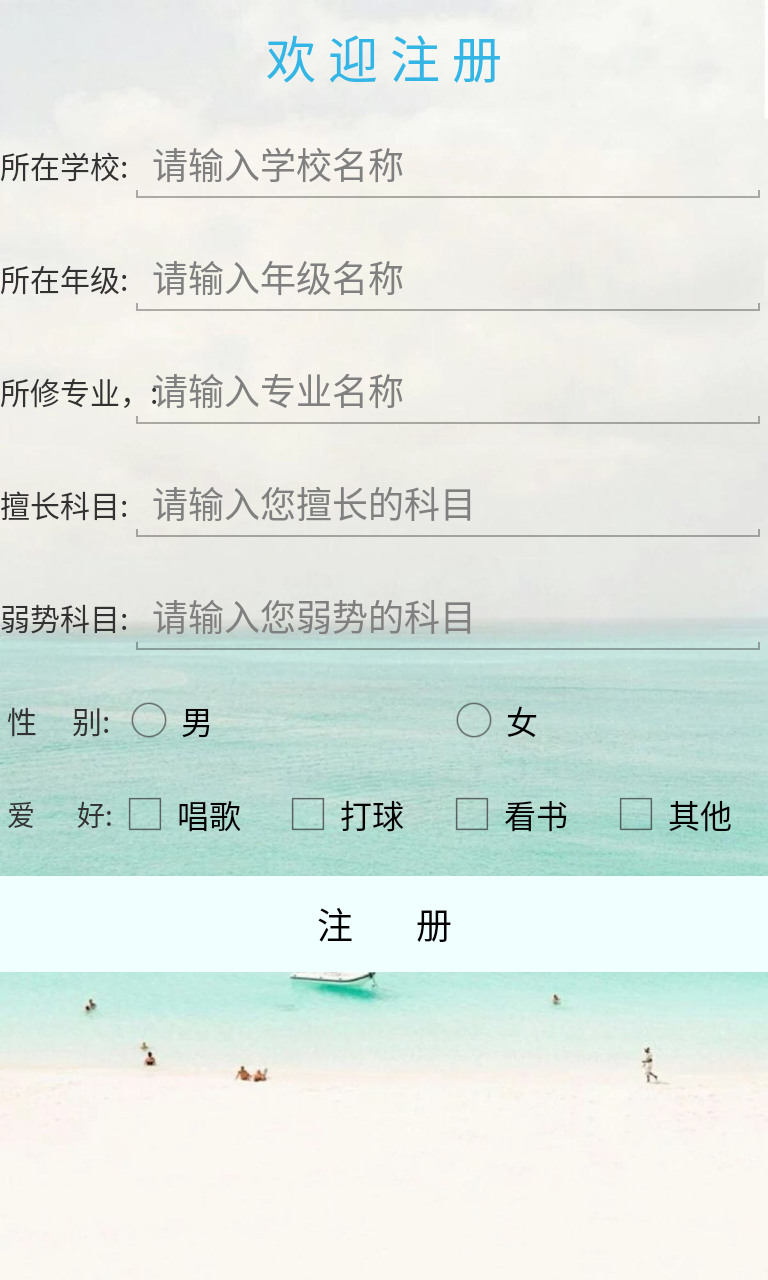
Repository: 17390089054/android
Layout: learning/res/layout/activity_main.xml
These files come from the project's save history. The layout is drawn as it stood at one moment and after a run of saves; the edit follows.
It is drawn on a 768 x 1280 px phone screen (xhdpi) without system bars, with theme AppTheme; the app's code is not run.

Above is the layout before, as saved 2018-05-01 10:21:59.

After the next 2 saves:
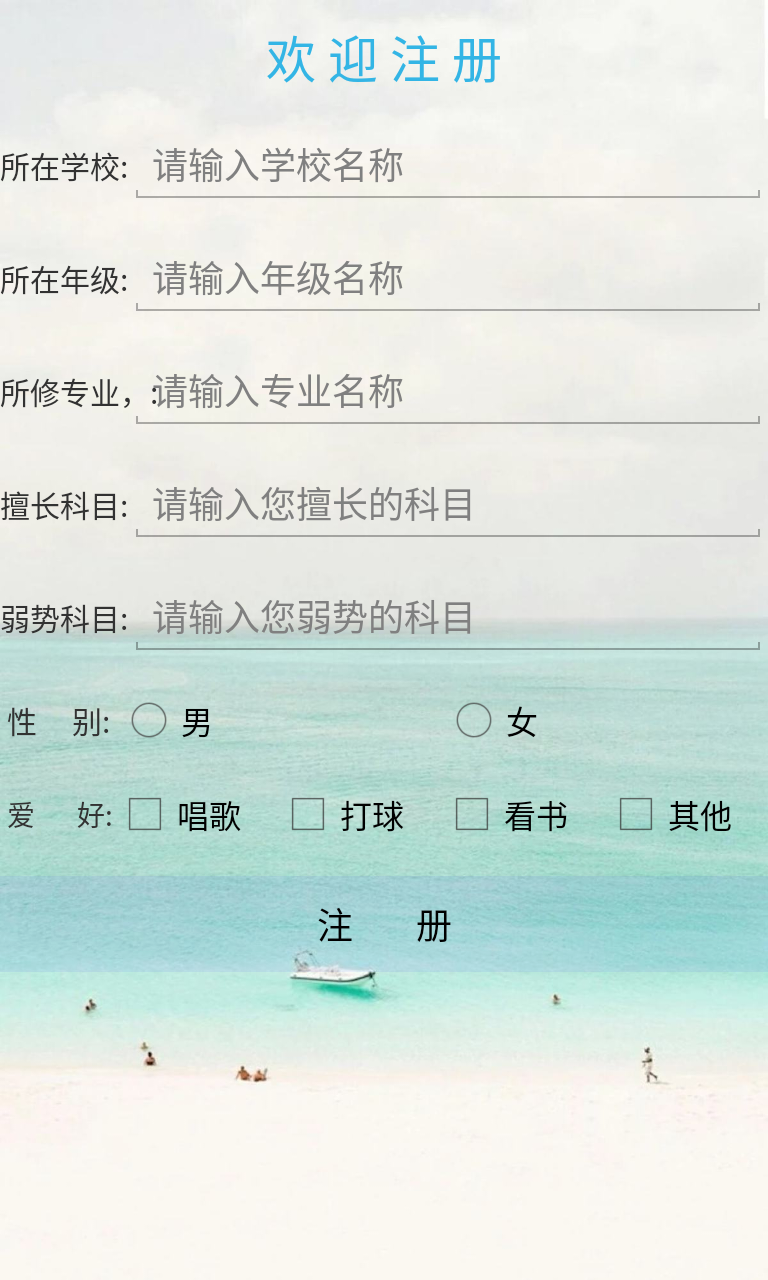
The 2 saves are shown as one change because they came seconds apart.
The last was saved 12 s later.
--- a/learning/res/layout/activity_main.xml
+++ b/learning/res/layout/activity_main.xml
@@ -221,7 +221,7 @@
 	    android:layout_height="wrap_content"
 	  	android:gravity="center"
 	    android:text="注       册"
-	    android:background="#f0ffff"
+	    android:background="#f0f0fff"
 	    android:layout_marginTop="15dp"
 	    />
 
